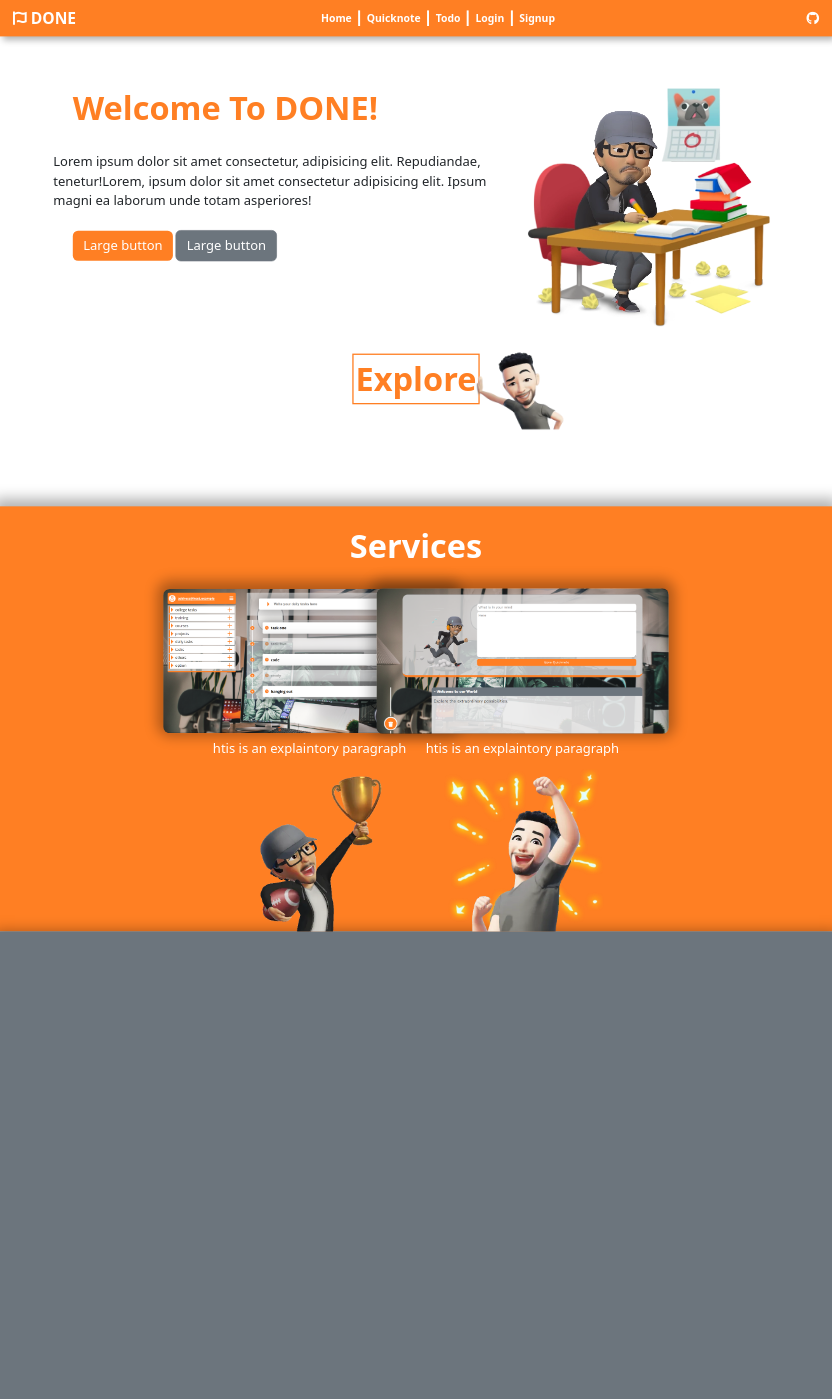
Repository: OmarEssameldinMousa/DONE
Page: index.html
An editor plug-in stored every save of this project. The page is shown before and after the next save, followed by the edit.
The browser window is 1280 px wide. The pictures show the whole page, at 65% of full size.
Some web fonts or font styles are not loaded; a fallback is used.

Above is the page before, as saved 2023-12-18 04:32:10.

After the next save:
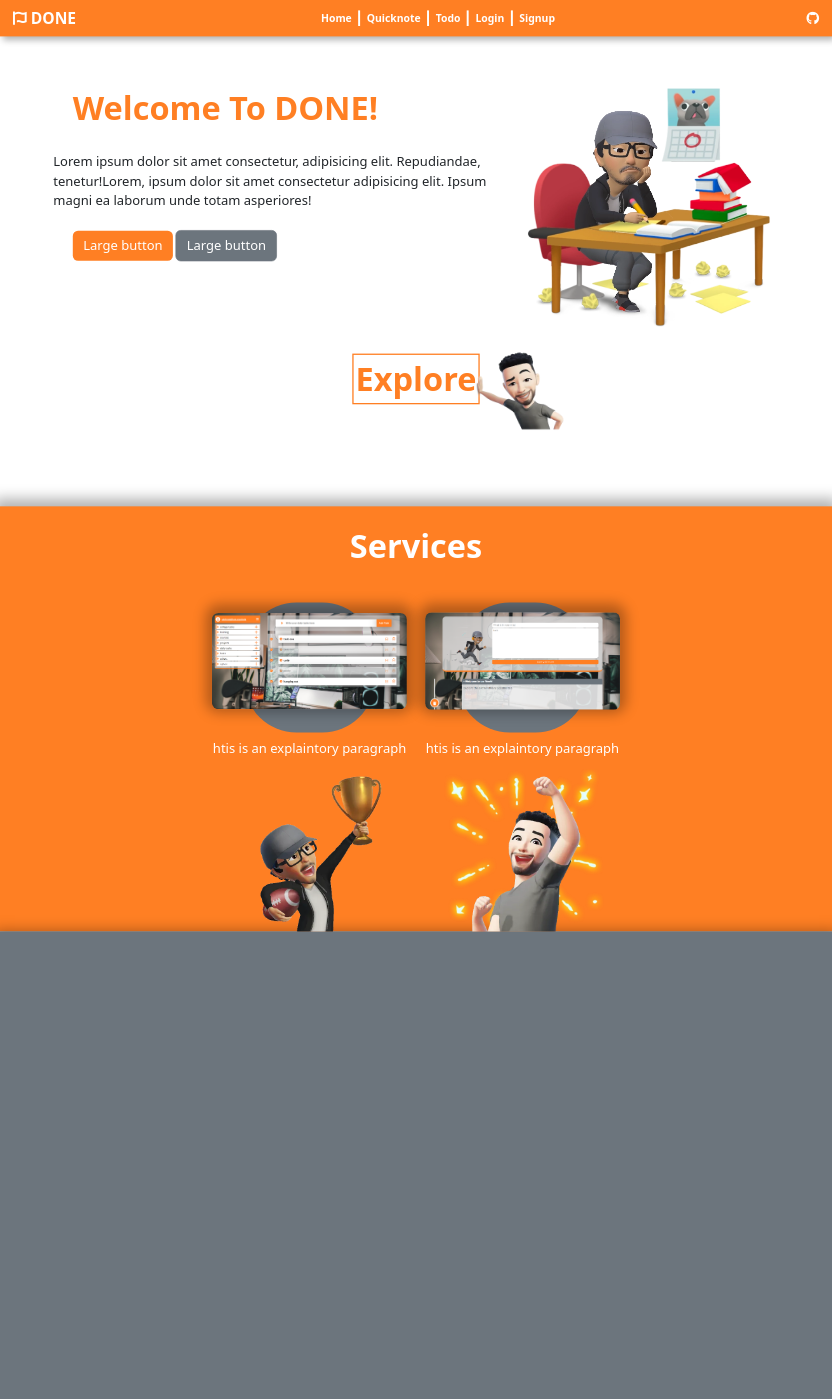
Saved 21 s later.
--- a/CSS/styles.css
+++ b/CSS/styles.css
@@ -300,8 +300,8 @@ nav ul li a:hover {
 }
 
 .demoimage1 img {
-    max-width: 450px;
-    max-height: 450px;
+    max-width: 300px;
+    max-height: 300px;
     margin-bottom: 20px;
     border-radius: 10px;
     box-shadow: rgba(0, 0, 0, 0.3) 0px -4px 20px 9px;
